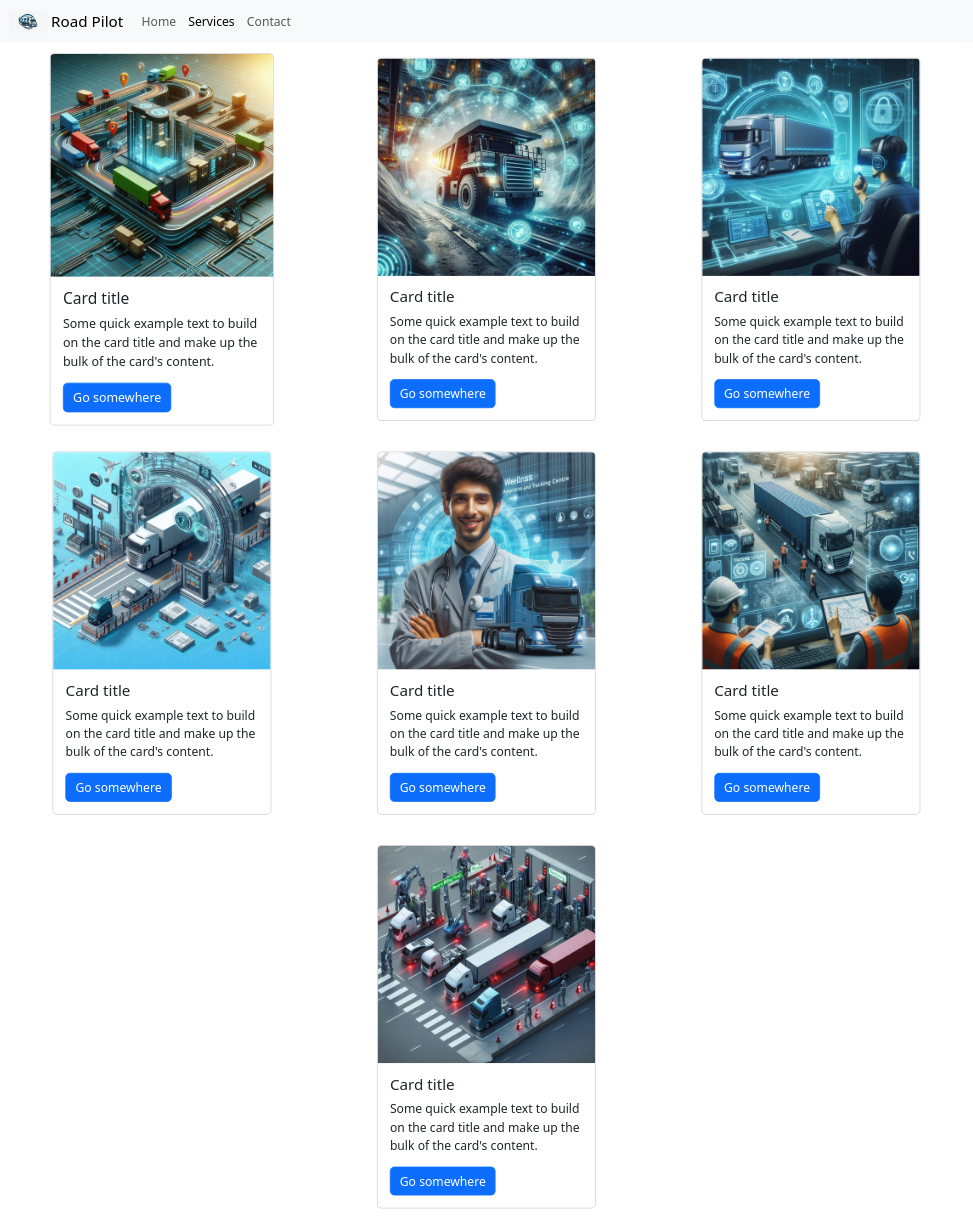
Repository: VictoriousMango/WebCreator
Page: pages/Services.html
An editor plug-in stored every save of this project. The page is shown before and after the next save, followed by the edit.
The browser window is 1280 px wide. The pictures show the whole page, at 76% of full size.
The pointer rests on the first visible `.card`.

Above is the page before, as saved 2024-11-09 11:48:00.

### pages/Services.html
<!DOCTYPE html>
<html lang="en">

<head>
    <meta charset="UTF-8">
    <meta name="viewport" content="width=device-width, initial-scale=1.0">
    <title>Web Creator</title>
    <link href="https://cdn.jsdelivr.net/npm/bootstrap@5.3.3/dist/css/bootstrap.min.css" rel="stylesheet"
        integrity="sha384-QWTKZyjpPEjISv5WaRU9OFeRpok6YctnYmDr5pNlyT2bRjXh0JMhjY6hW+ALEwIH" crossorigin="anonymous">
    <link rel="stylesheet" href="../assets/css/services.css">
</head>

<body>
    <!-- Navbar -->
    <nav class="navbar navbar-expand-lg bg-body-tertiary">
        <div class="container-fluid">
            <a class="navbar-brand" href="#">
                <img src="../assets/images/Logo.png" alt="Logo" width="50px" class="d-inline-block align-text-top">
                Road Pilot
            </a>
            <button class="navbar-toggler" type="button" data-bs-toggle="collapse" data-bs-target="#navbarNav"
                aria-controls="navbarNav" aria-expanded="false" aria-label="Toggle navigation">
                <span class="navbar-toggler-icon"></span>
            </button>
            <div class="collapse navbar-collapse" id="navbarNav">
                <ul class="navbar-nav">
                    <li class="nav-item">
                        <a class="nav-link" href="../">Home</a>
                    </li>
                    <li class="nav-item">
                        <a class="nav-link active" aria-current="page" href="#">Services</a>
                    </li>
                    <li class="nav-item">
                        <a class="nav-link" href="./contact.html">Contact</a>
                    </li>
                </ul>
            </div>
        </div>
    </nav>
    <!-- NavBar -->
    <!-- Solutions/Softwares we may provide
            *Transportation Management System (TRAMS)
            *Safe and Optimised Mining Systems (SOMS)
            *Delivery Order Management and Excellence System (DOMES)
            *Gate Entry (and Attendance) linked performance System (GELPS)
            *Wellness ,Adaptation and Tracking Centre for Health Care Systems for Staff(WATCHS)
            *Port and Rake (Handling ) Tracking Systems(PARTS)
            *Reverse bidding Systems
    -->
    <div class="services">
        <!-- TRAMS -->
        <div class="card" style="width: 18rem;">
            <img src="../assets/images/TRAMS.png" class="card-img-top" alt="...">
            <div class="card-body">
                <h5 class="card-title">Card title</h5>
                <p class="card-text">Some quick example text to build on the card title and make up the bulk of the
                    card's content.</p>
                <a href="#" class="btn btn-primary">Go somewhere</a>
            </div>
        </div>
        <!-- SOMS -->
        <div class="card" style="width: 18rem;">
            <img src="../assets/images/SOMS.png" class="card-img-top" alt="...">
            <div class="card-body">
                <h5 class="card-title">Card title</h5>
                <p class="card-text">Some quick example text to build on the card title and make up the bulk of the
                    card's content.</p>
                <a href="#" class="btn btn-primary">Go somewhere</a>
            </div>
        </div>
        <!-- DOMES -->
        <div class="card" style="width: 18rem;">
            <img src="../assets/images/DOMES.png" class="card-img-top" alt="...">
            <div class="card-body">
                <h5 class="card-title">Card title</h5>
                <p class="card-text">Some quick example text to build on the card title and make up the bulk of the
                    card's content.</p>
                <a href="#" class="btn btn-primary">Go somewhere</a>
            </div>
        </div>
        <!-- GELPS -->
        <div class="card" style="width: 18rem;">
            <img src="../assets/images/GELPS.png" class="card-img-top" alt="...">
            <div class="card-body">
                <h5 class="card-title">Card title</h5>
                <p class="card-text">Some quick example text to build on the card title and make up the bulk of the
                    card's content.</p>
                <a href="#" class="btn btn-primary">Go somewhere</a>
            </div>
        </div>
        <!-- WATCHS -->
        <div class="card" style="width: 18rem;">
            <img src="../assets/images/WATCHS.png" class="card-img-top" alt="...">
            <div class="card-body">
                <h5 class="card-title">Card title</h5>
                <p class="card-text">Some quick example text to build on the card title and make up the bulk of the
                    card's content.</p>
                <a href="#" class="btn btn-primary">Go somewhere</a>
            </div>
        </div>
        <!-- PARTS -->
        <div class="card" style="width: 18rem;">
            <img src="../assets/images/PARTS.png" class="card-img-top" alt="...">
            <div class="card-body">
                <h5 class="card-title">Card title</h5>
                <p class="card-text">Some quick example text to build on the card title and make up the bulk of the
                    card's content.</p>
                <a href="#" class="btn btn-primary">Go somewhere</a>
            </div>
        </div>
        <!-- RBS -->
        <div class="card" style="width: 18rem;">
            <img src="../assets/images/RBS.png" class="card-img-top" alt="...">
            <div class="card-body">
                <h5 class="card-title">Card title</h5>
                <p class="card-text">Some quick example text to build on the card title and make up the bulk of the
                    card's content.</p>
                <a href="#" class="btn btn-primary">Go somewhere</a>
            </div>
        </div>
    </div>


    <!-- Scripts -->
    <script src="https://cdn.jsdelivr.net/npm/bootstrap@5.3.3/dist/js/bootstrap.bundle.min.js"
        integrity="sha384-YvpcrYf0tY3lHB60NNkmXc5s9fDVZLESaAA55NDzOxhy9GkcIdslK1eN7N6jIeHz"
        crossorigin="anonymous"></script>
    <script src="https://cdn.jsdelivr.net/npm/@popperjs/core@2.11.8/dist/umd/popper.min.js"
        integrity="sha384-I7E8VVD/ismYTF4hNIPjVp/Zjvgyol6VFvRkX/vR+Vc4jQkC+hVqc2pM8ODewa9r"
        crossorigin="anonymous"></script>
    <script src="https://cdn.jsdelivr.net/npm/bootstrap@5.3.3/dist/js/bootstrap.min.js"
        integrity="sha384-0pUGZvbkm6XF6gxjEnlmuGrJXVbNuzT9qBBavbLwCsOGabYfZo0T0to5eqruptLy"
        crossorigin="anonymous"></script>
</body>

</html>

### assets/css/services.css
.services {
    display: flex;
    flex-wrap: wrap;
    justify-content: space-around;
}

.card {
    width: 200px;
    margin: 20px;
}

.card:hover {
    transform: scale(1.025);
    transition: ease-in-out;
}

After the next save:
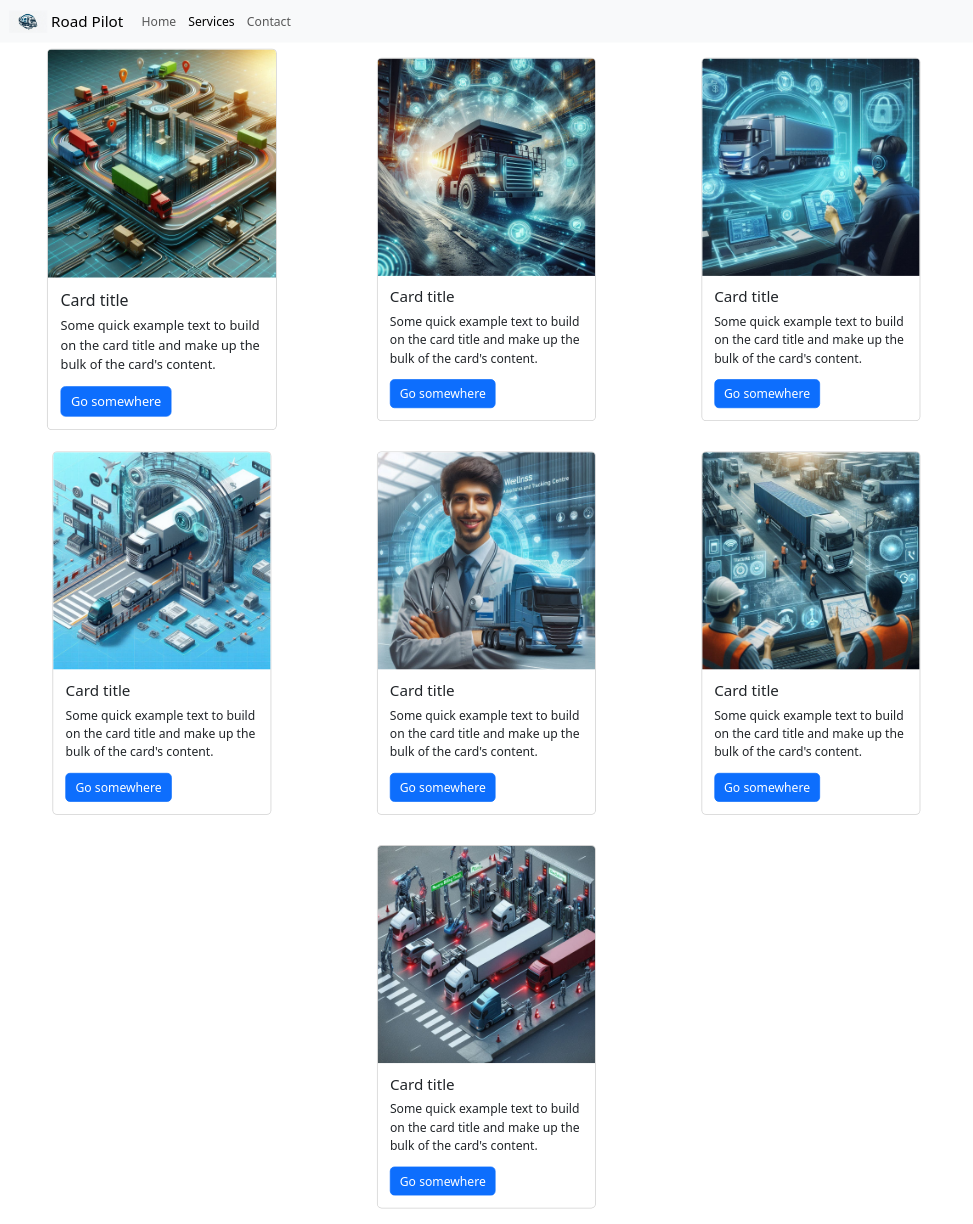
Saved 18 s later.
--- a/assets/css/services.css
+++ b/assets/css/services.css
@@ -10,6 +10,6 @@
 }
 
 .card:hover {
-    transform: scale(1.025);
+    transform: scale(1.05);
     transition: ease-in-out;
 }
